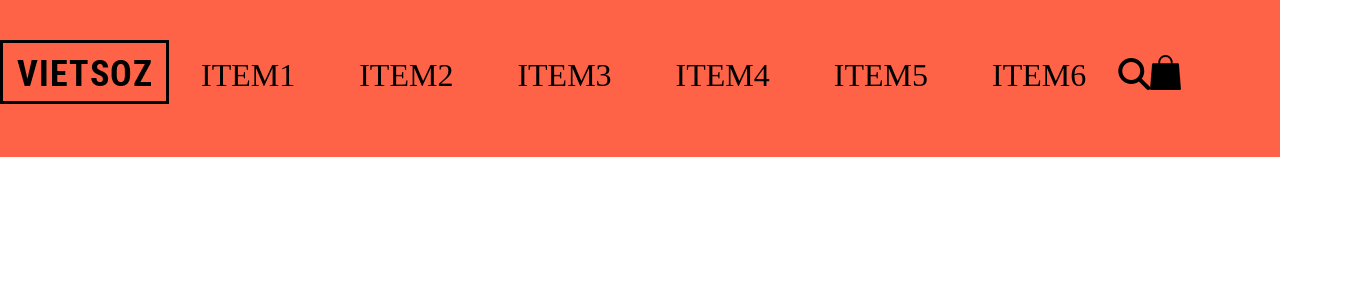
Repository: Kienroro2003/Kienroro-Miscellaneous
Page: UNITOP/front-end/project/vietsoz/header.html
These files come from the project's save history. The page is drawn as it stood at one moment and after a run of saves; the edit follows.
The browser window is 1280 px wide. The page is 1280 px wide, then 1349 px, so the pictures cover 1349 px, including what lies to the right of the window. The pictures show the whole page.
The style sheet was rebuilt from its Sass, Less or Tailwind sources for each picture, by a compiler version that may differ from the author's.

Above is the page before, as saved 2022-10-04 14:09:50.

After the next 2 saves:
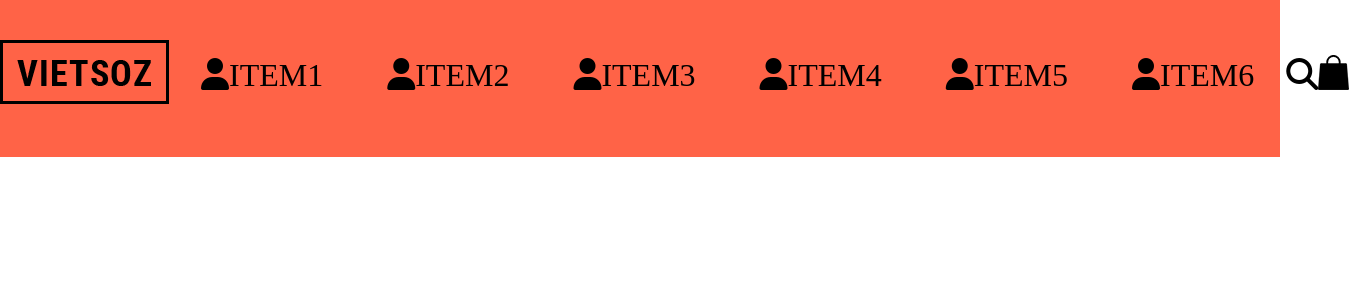
The 2 saves are shown as one change because they came seconds apart.
The last was saved 4 min 53 s later.
--- a/UNITOP/front-end/project/vietsoz/assets/scss/header.scss
+++ b/UNITOP/front-end/project/vietsoz/assets/scss/header.scss
@@ -10,15 +10,17 @@
   font-weight: normal;
   font-size: 2rem;
   // line-height: normal;
-  &__menu{
-    @include g.flexbox(center,space-between);
+  &__menu {
+    @include g.flexbox(center, space-between);
   }
-  &__item{
+  &__item {
     text-transform: uppercase;
     padding: 0 2rem;
-    &::before{
+    &::before {
       content: "";
-
+      font-family: "Font Awesome 5 Free";
+      font-weight: 900;
+      content: "\f007";
     }
     // padding:
   }
